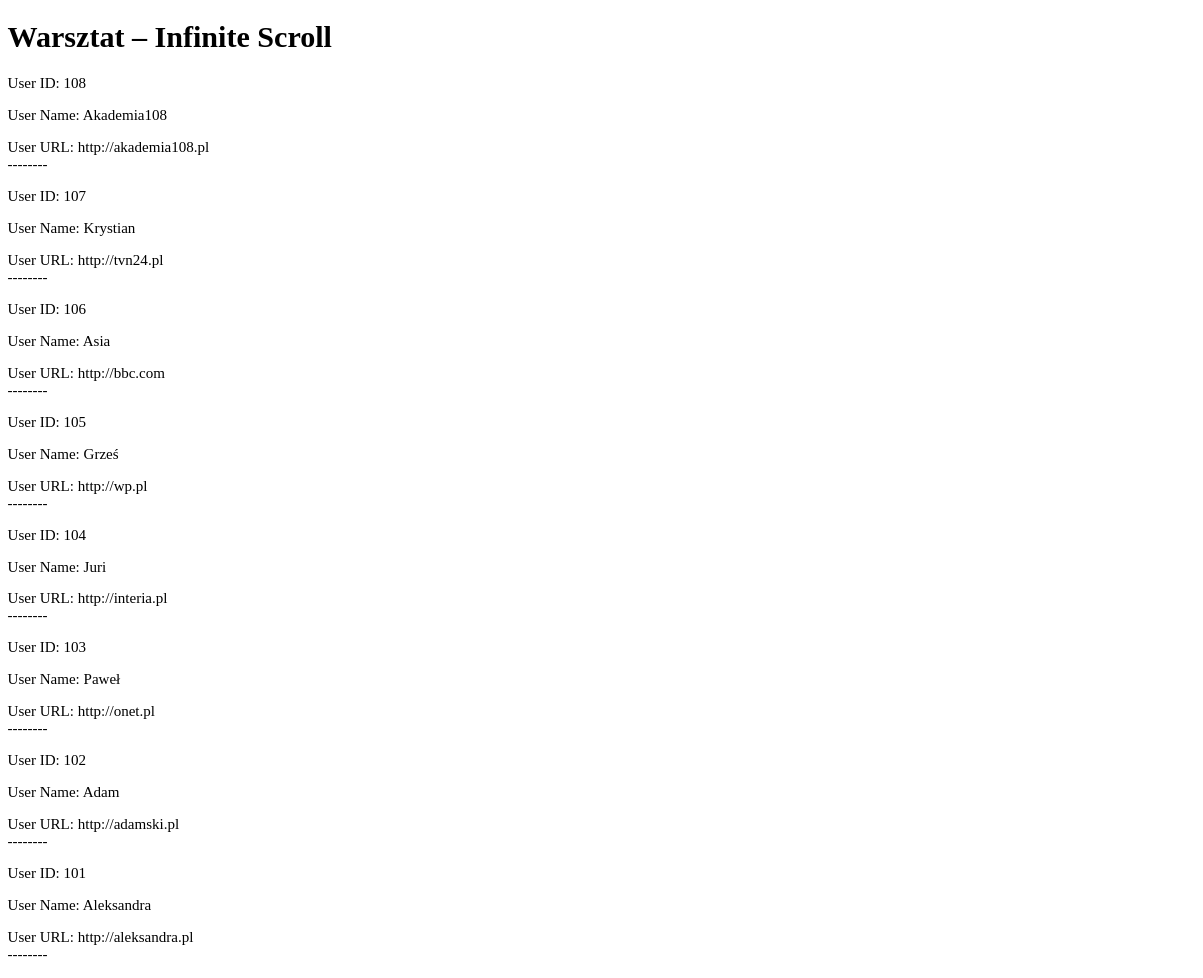
Repository: magdaf41/AJAX
Page: zadanie 4/index.html
These files come from the project's save history. The page is drawn as it stood at one moment and after the next save; the edit follows.
The browser window is 1280 px wide. The pictures show the whole page, at 94% of full size.
The page's requests for data from a server got no answer.

Above is the page before, as saved 2020-09-15 19:28:06.

After the next save:
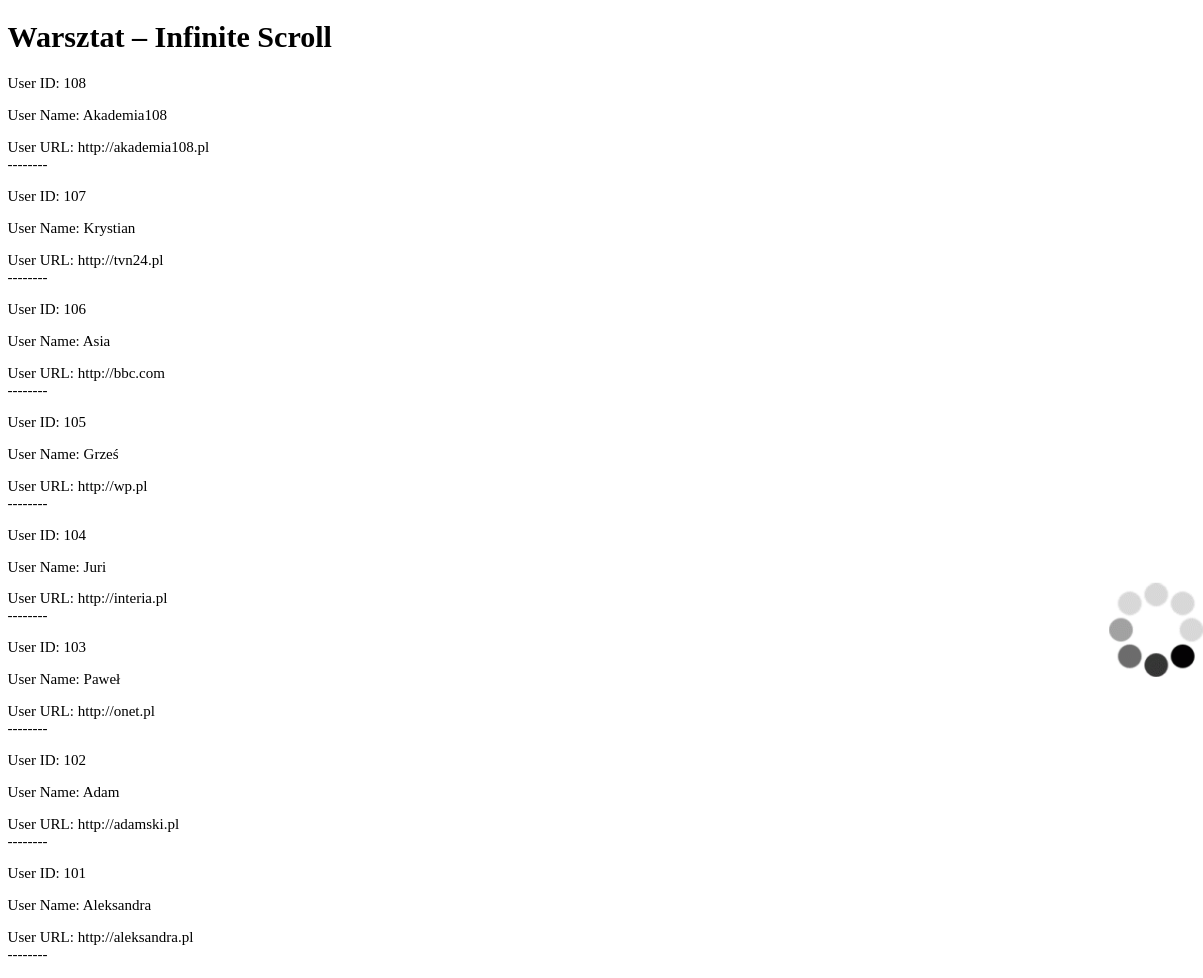
Saved 32 s later.
--- a/zadanie 4/js/script.js
+++ b/zadanie 4/js/script.js
@@ -39,6 +39,7 @@
 
             }
             console.log(data);
+            hidePreloader();
         })
         .catch(error => {
             console.error(error);
@@ -68,7 +69,7 @@
 
         showPreloader();
         getData();
-        hidePreloader();
+
     }
 
     // console.log('scrollToEndOfPage');

After the 2 saves that followed:
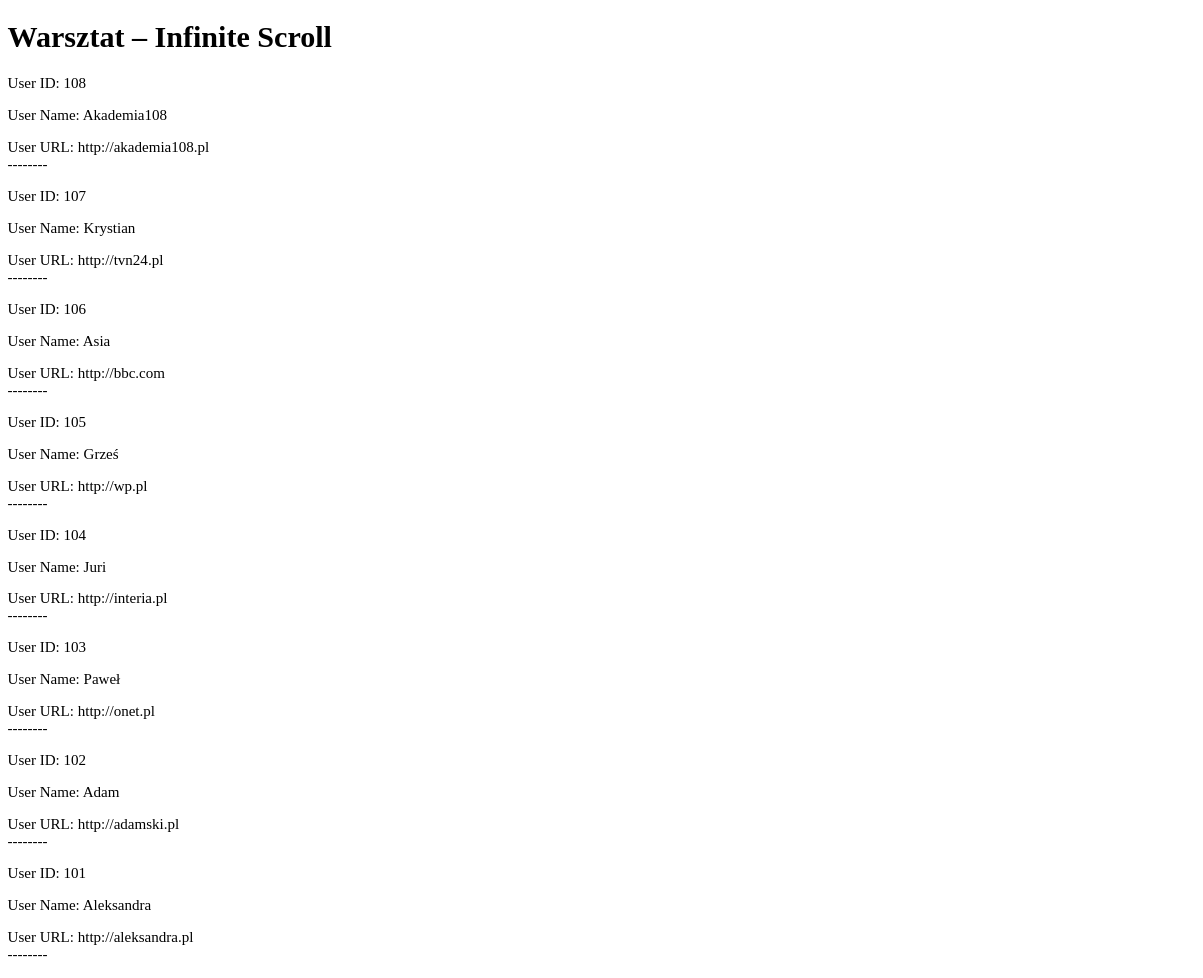
Console error: SyntaxError: Unexpected end of input
The 2 saves are shown as one change because 1 left the picture as it was.
The last was saved 3 min 47 s later.
--- a/zadanie 4/js/script.js
+++ b/zadanie 4/js/script.js
@@ -1,4 +1,6 @@
 let endOfThePage = 0;
+
+let preloading = false;
 
 const showPreloader = () => {
     let preloader = document.getElementById('preloader')
@@ -15,6 +17,9 @@
 
 const getData = () => {
     console.log('getData()');
+
+    if(!preloading){
+    preloading = true;
 
     fetch('https://akademia108.pl/api/ajax/get-users.php')
         .then(res => res.json())
@@ -38,8 +43,10 @@
                 body.appendChild(pWebsite);
 
             }
+            hidePreloader();
+
             console.log(data);
-            hidePreloader();
+
         })
         .catch(error => {
             console.error(error);
